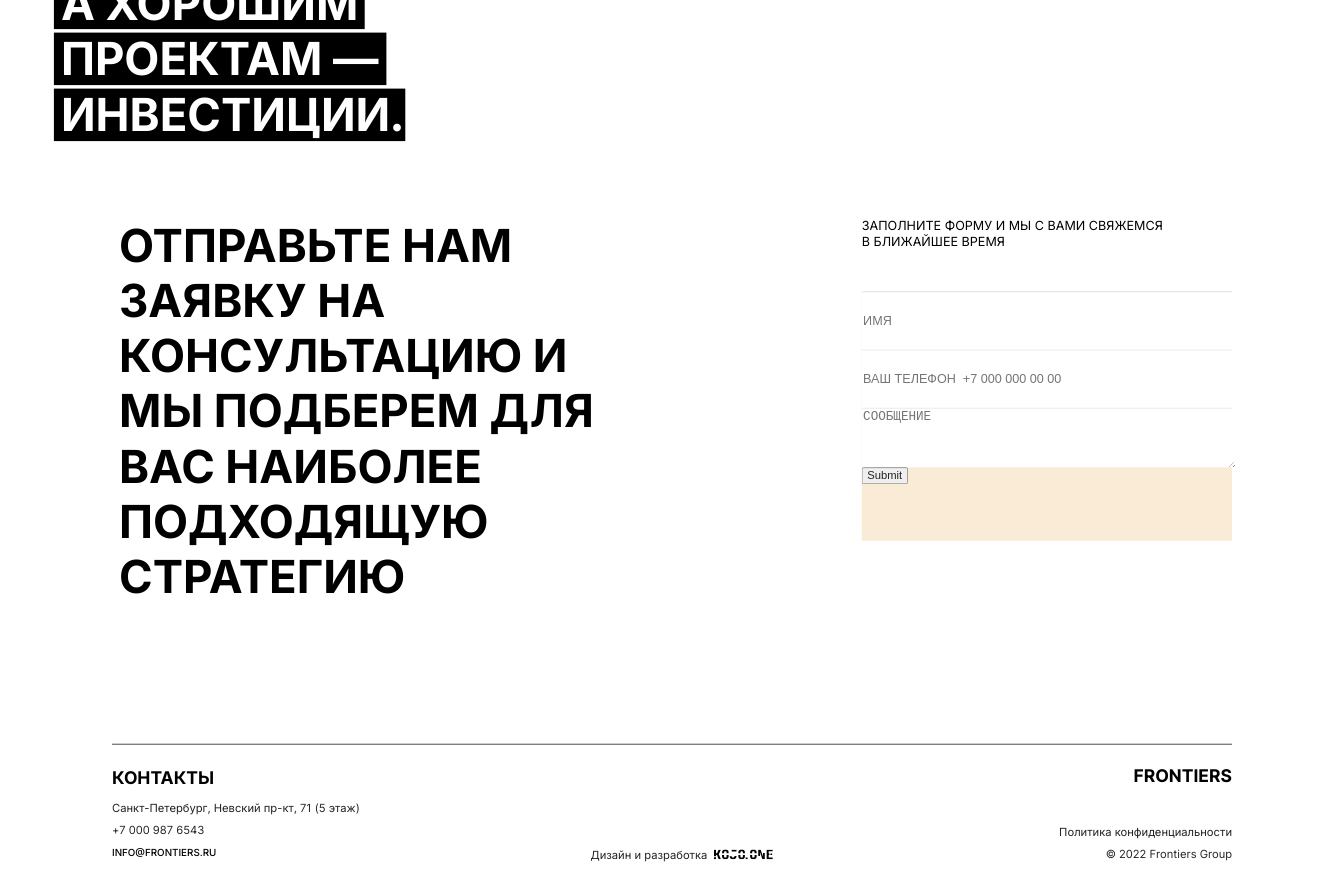
Repository: NadyaKorvin/frontiers
Page: /
These files come from the project's save history. The page is drawn as it stood at one moment and after the next save; the edit follows.
The browser window is 1280 px wide. The page is 1920 px wide, so the pictures cover 1920 px, including what lies to the right of the window. The pictures show the part of the page from y = 1351 to 2631 px (the page is 2665 px tall), at 70% of full size.
The project was rebuilt for these pictures with package versions that can differ from the ones it lists, and the page was loaded fresh each time.

Above is the page before, as saved 2022-05-23 17:58:34.

### public/index.html
<!DOCTYPE html>
<html lang="en">
  <head>
    <meta charset="utf-8" />
    <link rel="icon" href="%PUBLIC_URL%/favicon.ico" />
    <meta name="viewport" content="width=device-width, initial-scale=1" />
    <meta name="theme-color" content="#000000" />
    <meta name="description" content="Web site created using create-react-app" />
    <link rel="apple-touch-icon" href="%PUBLIC_URL%/logo192.png" />
    <link rel="manifest" href="%PUBLIC_URL%/manifest.json" />
    <link rel="preconnect" href="https://fonts.googleapis.com" />
    <link rel="preconnect" href="https://fonts.gstatic.com" crossorigin />
    <link href="https://fonts.googleapis.com/css2?family=Inter:wght@300;400;500;700&display=swap" rel="stylesheet" />
    <title>FRONTIERS</title>
  </head>
  <body>
    <noscript>You need to enable JavaScript to run this app.</noscript>
    <div id="root"></div>
  </body>
</html>

### src/index.js
import React from "react"
import ReactDOM from "react-dom/client"

import App from "./App"

const root = ReactDOM.createRoot(document.getElementById("root"))
root.render(
  <React.StrictMode>
    <App />
  </React.StrictMode>
)

### src/App.js
import { useState } from "react";
import "./App.css";
import { SecondScreenAnimation } from "./components/secondScreen/SecondScreenAnimation";
import FirstScreenAnimation from "./components/firstScreen/FirstScreenAnimation";
import LastScreenAnimation from "./components/lastScreen/LastScreenAnimation"

function App() {
  const [mousePosition, setMousePosition] = useState("");

  const listenUpperMousePosition = (event) => {
    console.log(event);
    console.log(event.target);
    setMousePosition(event.target);
  };

  return (
    <>
      <FirstScreenAnimation />
      <div className="App">
        <SecondScreenAnimation listenMousePosition={listenUpperMousePosition} />
      </div>
      <LastScreenAnimation />
    </>
  );
}
export default App;

### src/App.css
@import url("./reset.css");
@import url("./components/secondScreen/SecondScreen.css");
@import url("./font/font.css");

body {
  font-family: "Inter";
}

### src/components/secondScreen/SecondScreenAnimation.js
export function SecondScreenAnimation({ listenMousePosition, mousePosition }) {
  let goUp = ""
  const goUpBlackLines = (mousePosition) => {
    if (mousePosition === "animation__text_first_part") {
      goUp = "up"
      return goUp
    }
  }
  goUpBlackLines(mousePosition)
  console.log(goUp)
  return (
    <div className="animation__text_block">
      {goUp != "up" ? (
        <div>
          <div className="animation__text" onMouseOver={listenMousePosition}>
            <p className="animation__text_first_part">Инвесторам сложно найти хорошие проекты,</p>
            <p className="animation__text_second_part">а хорошим проектам — инвестиции.</p>
          </div>
          <div className="animation__black_lines">
            <div className="animation__1th_black_line"></div>
            <div className="animation__2th_black_line"></div>
            <div className="animation__3th_black_line"></div>
          </div>
        </div>
      ) : (
        <div>
          <div className="animation__text" onMouseOver={listenMousePosition}>
            <p className="animation__text_first_part" style={{ color: "#fff" }}>
              Инвесторам сложно найти хорошие проекты,
            </p>
            <p className="animation__text_second_part" style={{ color: "#000" }}>
              а хорошим проектам — инвестиции.
            </p>
          </div>
          <div className="animation__black_lines">
            <div className="animation__1th_black_line" style={{ width: "484px", marginTop: "-475px" }}></div>
            <div className="animation__2th_black_line" style={{ width: "586px" }}></div>
            <div className="animation__3th_black_line" style={{ width: "722px" }}></div>
          </div>
        </div>
      )}
    </div>
  )
}

### src/components/firstScreen/FirstScreenAnimation.js
import React from "react";
import style from "./FirstScreen.module.css";
import image from "../../images/image.webp";

export default function FirstScreenAnimation() {
  const pointer = (
    <svg
      width="8"
      height="101"
      viewBox="0 0 8 101"
      fill="none"
      xmlns="http://www.w3.org/2000/svg"
    >
      <path
        d="M4.35355 100.356C4.15829 100.551 3.84171 100.551 3.64645 100.356L0.464466 97.1735C0.269204 96.9783 0.269204 96.6617 0.464466 96.4664C0.659728 96.2712 0.976311 96.2712 1.17157 96.4664L4 99.2948L6.82843 96.4664C7.02369 96.2712 7.34027 96.2712 7.53553 96.4664C7.7308 96.6617 7.7308 96.9783 7.53553 97.1735L4.35355 100.356ZM3.5 100.002L3.5 0.00195312H4.5L4.5 100.002H3.5Z"
        fill="black"
      />
    </svg>
  );

  return (
    <>
      <section className={style.first__screen}>
        <header className={style.header}>
          <div className={style.logotype}>FRONTIERS</div>
          <nav className={style.nav__sidebar}>
            <ul>Агенство</ul>
            <ul>Кейсы</ul>
            <ul>Услуги</ul>
            <ul>Контакты</ul>
          </nav>
          <div className={style.button}>
            <p className={style.text__btn}>Получить консультацию</p>
          </div>
        </header>
        <div className={style.content}>
          <p>ИНВЕСТИЦИИ</p>
          <p>НЕ</p>
          <p>СЛОЖНО</p>
          <p>
            Мы помогли заработать более 50 млн рублей частным инвесторам в 2021
            году на вложениях в российский бизнес
          </p>
          <p>ПРОКРУТИ ВНИЗ</p>
          <div className={style.content__pointer}>{pointer}</div>
          <img src={image} alt="" />
        </div>
      </section>
    </>
  );
}

### src/components/lastScreen/LastScreenAnimation.js
import React from "react";
import style from "./LastScreen.module.css";
import Form from "./Form"
import Kojo from "../../images/Kojo"

export default function LastScreenAnimation() {
  return (
    <>
      <section className={style.last__screen}>
        <div className={style.wrapper}>
          <div className={style.left__content}>
            <p>
              ОТПРАВЬТЕ НАМ ЗАЯВКУ НА КОНСУЛЬТАЦИЮ И МЫ ПОДБЕРЕМ ДЛЯ ВАС
              НАИБОЛЕЕ ПОДХОДЯЩУЮ СТРАТЕГИЮ
            </p>
          </div>
          <div className={style.right__content}>
            <div className={style.text__form}>
              <p>ЗАПОЛНИТЕ ФОРМУ И МЫ С ВАМИ СВЯЖЕМСЯ В БЛИЖАЙШЕЕ ВРЕМЯ</p>
            </div>
            <Form />
          </div>
        </div>
        <footer className={style.footer}>
          <div className={style.contact}>
            <p>КОНТАКТЫ</p>
            <p>Санкт-Петербург, Невский пр-кт, 71 (5 этаж)</p>
            <p>+7 000 987 6543</p>
            <p><a href="mailto:info@frontiers.ru" ></a>info@frontiers.ru</p>
          </div>
          <div className={style.design}>
            <p>Дизайн и разработка</p>
            <Kojo />
          </div>
          <div className={style.frontiers}>
            <p>FRONTIERS</p>
            <p>Политика конфиденциальности</p>
            <p>© 2022 Frontiers Group</p>
          </div>
        </footer>
      </section>
    </>
  );
}

### src/reset.css
html,
body,
div,
span,
applet,
object,
iframe,
h1,
h2,
h3,
h4,
h5,
h6,
p,
blockquote,
pre,
a,
abbr,
acronym,
address,
big,
cite,
code,
del,
dfn,
em,
img,
ins,
kbd,
q,
s,
samp,
small,
strike,
strong,
sub,
sup,
tt,
var,
b,
u,
i,
center,
dl,
dt,
dd,
ol,
ul,
li,
fieldset,
form,
label,
legend,
table,
caption,
tbody,
tfoot,
thead,
tr,
th,
td,
article,
aside,
canvas,
details,
embed,
figure,
figcaption,
footer,
header,
hgroup,
menu,
nav,
output,
ruby,
section,
summary,
time,
mark,
audio,
video {
  margin: 0;
  padding: 0;
  border: 0;
  font-size: 100%;
  font: inherit;
  vertical-align: baseline;
}

:focus {
  outline: 0;
}

article,
aside,
details,
figcaption,
figure,
footer,
header,
hgroup,
menu,
nav,
section {
  display: block;
}

body {
  line-height: 1;
}

ol,
ul {
  list-style: none;
}

blockquote,
q {
  quotes: none;
}

blockquote:before,
blockquote:after,
q:before,
q:after {
  content: "";
  content: none;
}

table {
  border-collapse: collapse;
  border-spacing: 0;
}

input[type="search"]::-webkit-search-cancel-button,
input[type="search"]::-webkit-search-decoration,
input[type="search"]::-webkit-search-results-button,
input[type="search"]::-webkit-search-results-decoration {
  -webkit-appearance: none;
  -moz-appearance: none;
}

input[type="search"] {
  -webkit-appearance: none;
  -moz-appearance: none;
  -webkit-box-sizing: content-box;
  -moz-box-sizing: content-box;
  box-sizing: content-box;
}

textarea {
  overflow: auto;
  vertical-align: top;
  resize: vertical;
}

[hidden] {
  display: none;
}

html {
  font-size: 100%; /* 1 */
  -webkit-text-size-adjust: 100%; /* 2 */
  -ms-text-size-adjust: 100%; /* 2 */
}

a:focus {
  outline: thin dotted;
}

a:active,
a:hover {
  outline: 0;
}

img {
  border: 0;
  -ms-interpolation-mode: bicubic;
}

figure {
  margin: 0;
}

form {
  margin: 0;
}

fieldset {
  border: 1px solid #c0c0c0;
  margin: 0 2px;
  padding: 0.35em 0.625em 0.75em;
}

legend {
  border: 0; /* 1 */
  padding: 0;
  white-space: normal; /* 2 */
  *margin-left: -7px; /* 3 */
}

button,
input,
select,
textarea {
  font-size: 100%; /* 1 */
  margin: 0; /* 2 */
  vertical-align: baseline; /* 3 */
  *vertical-align: middle; /* 3 */
}

button,
input {
  line-height: normal;
}

button,
select {
  text-transform: none;
}

button,
html input[type="button"], /* 1 */
input[type="reset"],
input[type="submit"] {
  -webkit-appearance: button; /* 2 */
  cursor: pointer; /* 3 */
  *overflow: visible; /* 4 */
}

button[disabled],
html input[disabled] {
  cursor: default;
}

input[type="checkbox"],
input[type="radio"] {
  box-sizing: border-box; /* 1 */
  padding: 0; /* 2 */
  *height: 13px; /* 3 */
  *width: 13px; /* 3 */
}

input[type="search"] {
  -webkit-appearance: textfield; /* 1 */
  -moz-box-sizing: content-box;
  -webkit-box-sizing: content-box; /* 2 */
  box-sizing: content-box;
}

input[type="search"]::-webkit-search-cancel-button,
input[type="search"]::-webkit-search-decoration {
  -webkit-appearance: none;
}

button::-moz-focus-inner,
input::-moz-focus-inner {
  border: 0;
  padding: 0;
}

textarea {
  overflow: auto; /* 1 */
  vertical-align: top; /* 2 */
}

table {
  border-collapse: collapse;
  border-spacing: 0;
}

html,
button,
input,
select,
textarea {
  color: #222;
}

::-moz-selection {
  background: #b3d4fc;
  text-shadow: none;
}

::selection {
  background: #b3d4fc;
  text-shadow: none;
}

img {
  vertical-align: middle;
}

fieldset {
  border: 0;
  margin: 0;
  padding: 0;
}

textarea {
  resize: vertical;
}

.chromeframe {
  margin: 0.2em 0;
  background: #ccc;
  color: #000;
  padding: 0.2em 0;
}

### src/components/secondScreen/SecondScreen.css
.second__screen_main {
  display: flex;
  justify-content: space-between;
  margin: 0 auto;
  margin-top: 174px;
  /* придкмать решение сделать по центру*/
  display: flex;
  width: 1600px;
  height: 733px;
}

.animation__text_block {
  display: block;
  margin-left: 87px;
}

.animation__text_first_part,
.animation__text_second_part {
  width: 770px;
  text-transform: uppercase;
  font-size: 65px;
  font-weight: 700;
  line-height: 79px;
  transition: 0.6s ease-out;
}

.animation__text_second_part {
  color: #fff;
}

.animation__black_lines {
  margin-left: -10px;
  margin-top: -236px;
}

.animation__1th_black_line {
  margin-bottom: 5px;
  height: 75px;
  width: 444px;
  background-color: #000;
  transition: 0.6s ease-out;
}

.animation__2th_black_line {
  margin-bottom: 5px;
  height: 75px;
  width: 475px;
  background-color: #000;
  transition: 0.6s ease-out;
}
.animation__3th_black_line {
  height: 75px;
  width: 502px;
  background-color: #000;
  transition: 0.6s ease-out;
}

.right__part {
  display: flex;
  margin-left: 190px;
  flex-direction: column;
}

.conversation__image {
  margin-right: 222px;
  display: block;
  width: 400px;
  height: 400px;
  background: url("../secondScreen/people.png");
}

.decoration_marks {
  margin-top: -110px;
  transform: rotate(-180deg);
  font-size: 200px;
  font-weight: 300;
}

.text_paragraph {
  margin-left: 90px;
  width: 431px;
  font-size: 18px;
  font-weight: 400;
  line-height: 23px;
  text-transform: uppercase;
  line-height: 130%;
}

### src/font/font.css
@font-face {
  font-family: "Inter";
  src:
    url("./Inter-Bold.ttf") format("truetype")
    url("./Inter-Bold.woff2") format("woff2"),
    url("./Inter-Bold.woff") format("woff");
  font-weight: 700;
  font-style: normal;
  font-stretch: normal;
  unicode-range: U+0020-E0D0;
}

@font-face {
  font-family: "Inter";
  src:
    url("./Inter-Regular.woff2") format("woff2"),
    url("./Inter-Regular.ttf") format("truetype")
    url("./Inter-Regular.woff") format("woff");
  font-weight: 400;
  font-style: normal;
  font-stretch: normal;
  unicode-range: U+0020-E0D0;
}

@font-face {
    font-family:'Inter Medium';
    src:
        url("./Inter-Medium.ttf") format("truetype")
        url('Inter-Medium.woff2') format('woff2'),
		url('Inter-Medium.woff') format('woff');
    font-weight: 500;
    font-style: normal;
    font-stretch: normal;
    unicode-range: U+0020-E0D0;
}

@font-face {
    font-family:'Inter Light';
    src:
        url("./Inter-Light.ttf") format("truetype")
        url('Inter-Light.woff2') format('woff2'),
		url('Inter-Light.woff') format('woff');
    font-weight: 300;
    font-style: normal;
    font-stretch: normal;
    unicode-range: U+0020-E0D0;
}

### src/components/firstScreen/FirstScreen.module.css
.first__screen {
  width: 1920px;
  height: 1080px;
}

.header {
  width: 1600px;
  height: 82px;
  margin: 0 160px;
  border-bottom: 1px solid #000000;
  display: flex;
}

.logotype {
  width: 151px;
  height: 30px;
  padding-top: 27px;
  font-family: "Inter";
  font-style: normal;
  font-weight: 700;
  font-size: 25px;
  line-height: 30px;
  letter-spacing: 0.05em;
  color: #000000;
}

.nav__sidebar {
  display: flex;
  justify-content: space-between;
  width: 473px;
  padding-top: 33px;
  padding-left: 633px;
}

.button {
  position: absolute;
  width: 243px;
  height: 45px;
  left: 1517px;
  top: 19px;
  background: #000000;
}

.text__btn {
  padding-top: 12px;
  padding-bottom: 12px;
  font-family: "Inter";
  font-style: normal;
  font-weight: 500;
  font-size: 16px;
  line-height: 19px;
  text-align: center;
  color: #ffffff;
}

.content > p {
  position: absolute;
  font-family: "Inter";
  font-style: normal;
  font-weight: 400;
  font-size: 160px;
  line-height: 194px;
  text-transform: uppercase;
  color: #000000;
}

p:nth-child(1) {
  top: 83px;
  left: 160px;
}

p:nth-child(2) {
  top: 285px;
  left: 1449px;
}

p:nth-child(3) {
  top: 461px;
  left: 568px;
}

p:nth-child(4) {
  width: 265px;
  height: 90px;
  top: 118px;
  left: 1464px;
  box-sizing: content-box;
  font-family: "Inter";
  font-style: normal;
  font-weight: 500;
  font-size: 14px;
  line-height: 130%;
  text-transform: uppercase;
  color: #000000;
}

p:nth-child(5) {
  position: absolute;
  width: 130px;
  height: 17px;
  left: 104px;
  top: 865px;
  font-family: "Inter";
  font-style: normal;
  font-weight: 500;
  font-size: 14px;
  line-height: 17px;
  letter-spacing: 0.05em;
  color: #000000;
  transform: rotate(-90deg);
}

.content__pointer {
    position: absolute;
    top: 876px;
    left: 187px;
}

img {
  position: absolute;
  top: 714px;
  left: 568px;
  width: 1352px;
  height: 366px;
}

### src/components/lastScreen/LastScreen.module.css
.last__screen {
  width: 1920px;
  height: 1080px;
}

.wrapper {
  position: relative;
  top: 109px;
  left: 170px;
  display: flex;
  justify-content: space-between;
  width: 1590px;
  height: 553px;
}

.left__content {
  position: relative;
  width: 775px;
  height: 553px;
  box-sizing: border-box;
  font-family: "Inter";
  font-style: normal;
  font-weight: 700;
  font-size: 65px;
  line-height: 79px;
  text-transform: uppercase;
  color: #000000;
}

.right__content {
  position: relative;
  width: 529px;
  height: 553px;
}

.text__form {
  width: 529px;
  height: 46px;
  left: 1231px;
  top: 4438px;
  font-family: "Inter";
  font-style: normal;
  font-weight: 400;
  font-size: 18px;
  line-height: 130%;
  text-transform: uppercase;
  color: #000000;
}

.footer {
  position: relative;
  margin: 308px 160px 0;
  width: 1600px;
  border-top: 1px solid #000000;
  bottom: 0px;
  display: flex;
  justify-content: space-between;
}

.contact {
  width: 357px;
}

.contact > p:nth-child(1) {
  padding: 33px 0 20px;
  font-family: "Inter";
  font-style: normal;
  font-weight: 700;
  font-size: 25px;
  line-height: 30px;
  color: #000000;
}

.contact > p:nth-child(2),
.contact > p:nth-child(3),
.contact > p:nth-child(4) {
  padding-bottom: 15px;
}

.design {
  padding-top: 150px;
  width: 260px;
  display: flex;
  margin-left: -80px;
  justify-content: space-between;
}

.frontiers {
  width: 250px;
  text-align: end;
}

.frontiers > p:nth-child(1) {
    padding: 30px 0 57px;
    font-family: "Inter";
    font-style: normal;
    font-weight: 700;
    font-size: 25px;
    line-height: 30px;
    color: #000000;
  }

.frontiers > p:nth-child(2),
.frontiers > p:nth-child(3) {
    padding-bottom: 15px;
}

### src/components/lastScreen/Form.js
import React, { useState, useRef } from "react";
import { useForm } from "react-hook-form";
import style from "./Form.module.css";

export default function Form() {
  const {
    register,
    formState: { errors, isValid },
    handleSubmit,
    reset,
  } = useForm({
    mode: "onBlur",
  });

  const onSubmit = (data) => {
    alert(JSON.stringify(data));
  };

  return (
    <form
      name="form"
      id="form"
      className={style.form}
      onSubmit={handleSubmit(onSubmit)}
    >
      <input
        name="name"
        {...register("name", {
          required: "Это поле обязательно",
          minLength: {
            value: 2,
            message: "Минимум 2 символа",
          },
          maxLength: {
            value: 50,
            message: "Максимум 50 символов",
          },
        })}
        id="name"
        className={style.input}
        placeholder="Имя"
      />
      <div>
        {errors?.name && (
          <p className={style.focus}>{errors?.name?.message || "Error!"}</p>
        )}
      </div>
      <div className={style.borders} />
      <input
        name="phone"
        {...register("phone", {
          required: "Это поле обязательно",
          pattern: {
            value: /^\+?7(\d{10})$/,
            message: "Введите в формате +7 000 000 00 00",
          },
        })}
        id="phone"
        className={style.input}
        type="tel"
        placeholder="Ваш Телефон  +7 000 000 00 00"
      />
      <div>
        {errors?.phone && (
          <p className={style.focus}>{errors?.phone?.message || "Error!"}</p>
        )}
      </div>
      <div className={style.borders} />
          <textarea
            name="message"
            {...register("message", {
              required: "Это поле обязательно",
              minLength: {
                value: 10,
                message: "Минимум 10 символов",
              },
              maxLength: {
                value: 500,
                message: "Максимум 500 символов",
              },
            })}
            id="message"
            className={style.textarea}
            placeholder="Сообщение"
          />
      <input type="submit" />
    </form>
  );
}

### src/components/lastScreen/Form.module.css
.form {
    margin-top: 60px;
    width: 529px;
    height: 355px;
    border-top: 1px solid #D1D1D1;
    background-color: antiquewhite;
}

.input,
  .textarea {
    width: 529px;
    height: 80px;
    border: 0;
    outline: none;
    font-size: 18px;
    color: #000000;
    text-transform: uppercase;
  }

  .textarea {

  }

  .borders {
      border-bottom: 1px solid #D1D1D1;
  }

Loaded but not shown: src/images/Kojo.js (76 lines, source omitted)

After the next save:
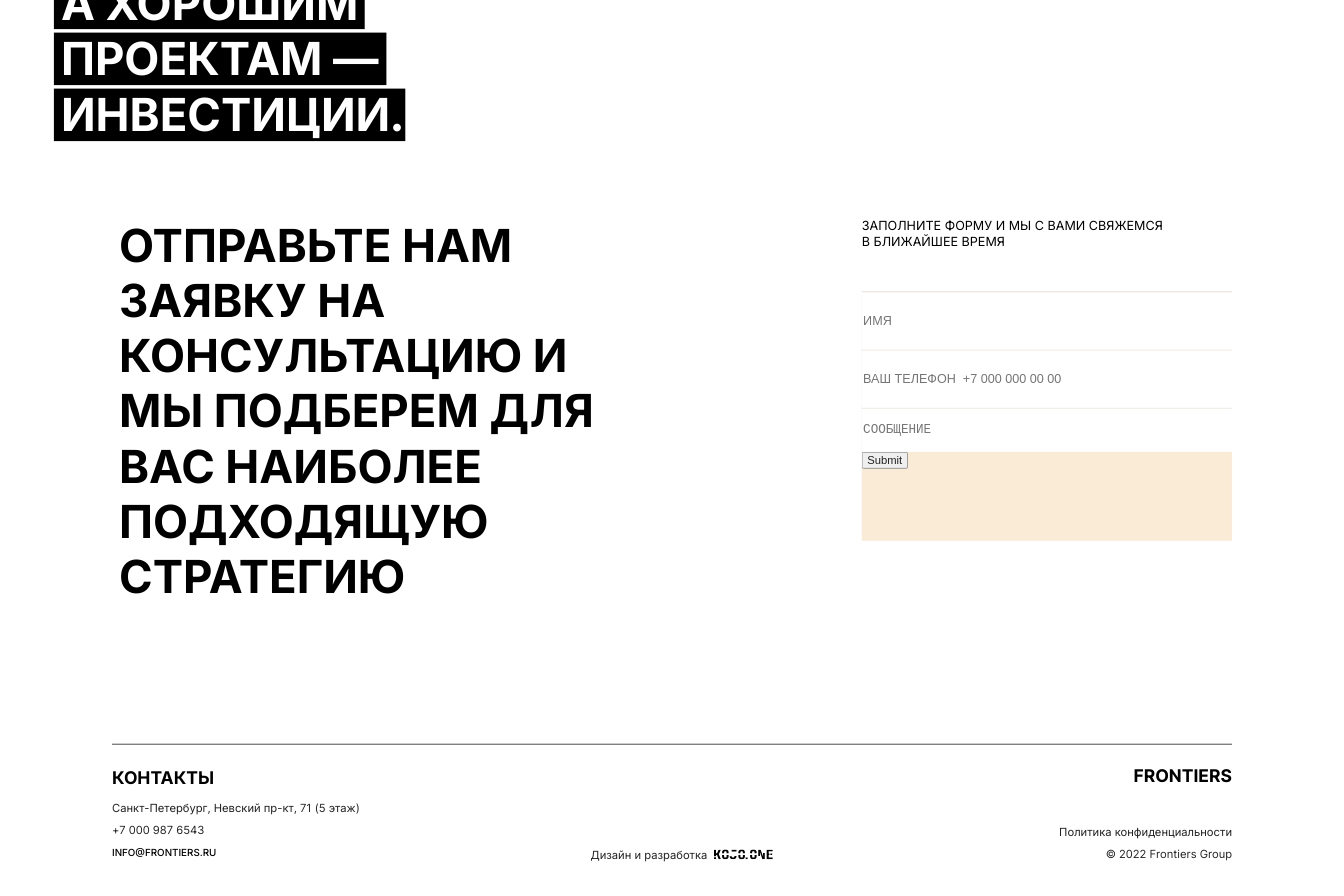
Saved 27 s later.
--- a/src/components/lastScreen/Form.module.css
+++ b/src/components/lastScreen/Form.module.css
@@ -18,7 +18,10 @@
   }
 
   .textarea {
-
+    height: 8vh;
+    line-height: 8vh;
+    overflow: hidden;
+    resize: none;
   }
 
   .borders {
